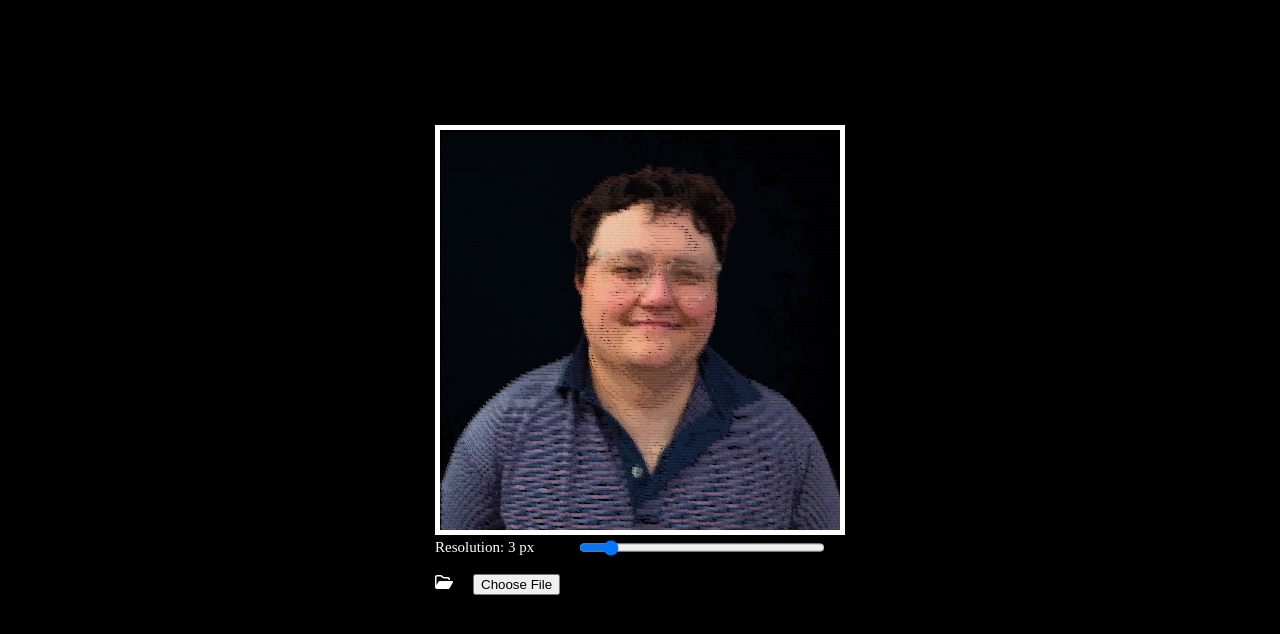
Repository: rosieomusic/ascii-art
Page: index.html
The author's editor kept a copy of each file at every save. The page is drawn from the files as they stood at one save, then again after the next save.
The browser window is 1280 px wide. The pictures show the whole page.
Some web fonts or font styles are not loaded; a fallback is used. Some web libraries are served in a nearby version.

Above is the page before, as saved 2025-05-06 16:01:11.

After the next save:
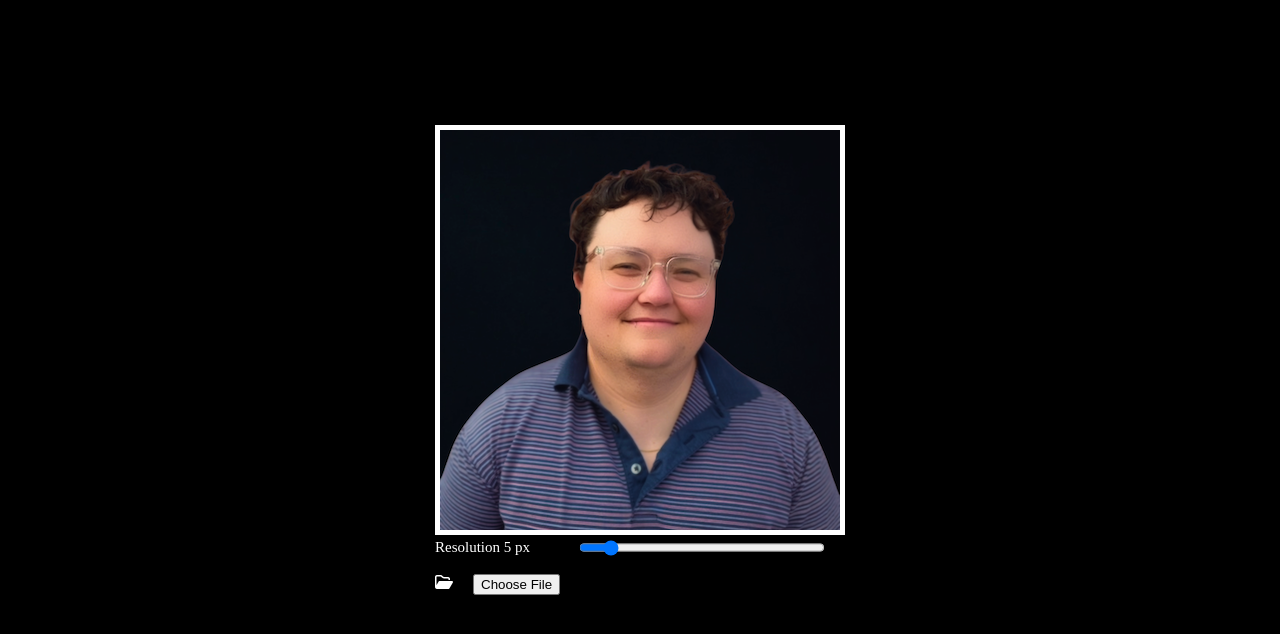
Console error (its wording comes from the project's code and is left out).
Saved 2 min 8 s later.
--- a/script.js
+++ b/script.js
@@ -137,7 +137,7 @@
 	const base64Image = canvas.toDataURL(image1);
 	//console.log('Base64 image:', base64Image);
 
-	effect = new AsciiEffect(ctx, image1.width, image1.height);
+	effect = new AsciiEffect(ctx, 0, 0, image1.width, image1.height);
 	//effect.draw(parseInt(inputSlider.value));
 	handleSlider();
 };

After the save that followed:
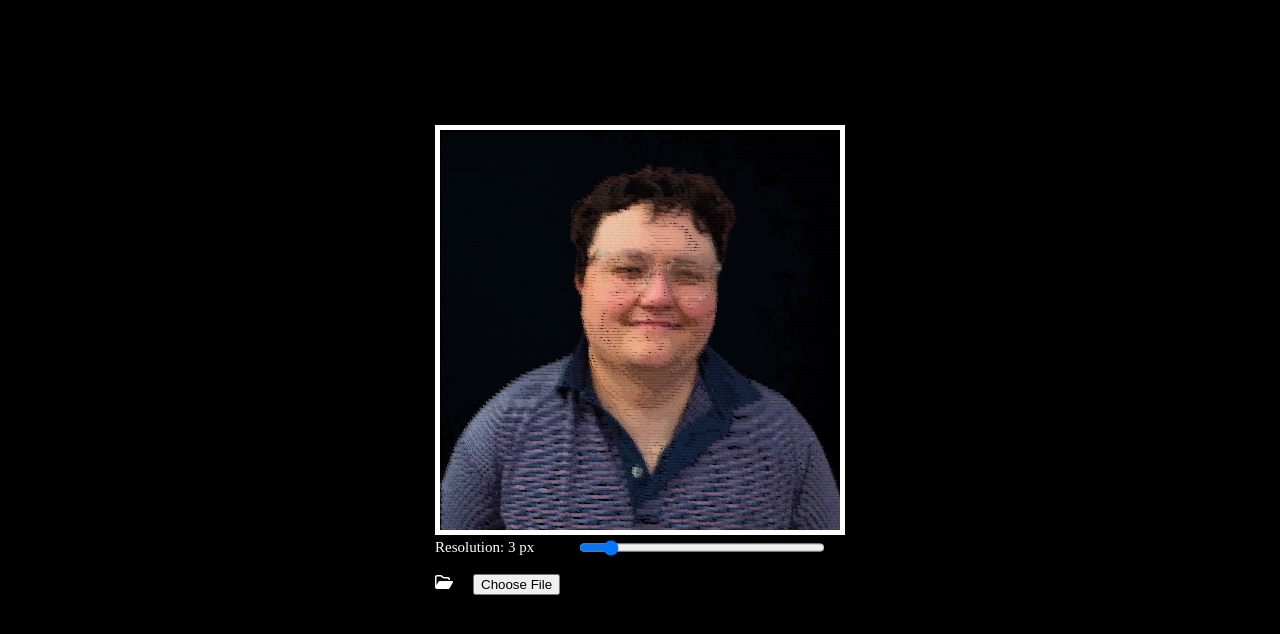
The error is gone.
Saved 17 s later.
--- a/script.js
+++ b/script.js
@@ -122,7 +122,7 @@
 image1.onload = function initialize() {
 	//console.log('Image loaded: ', image1.src);
 	//console.log('Image dimiensions: ', image1.width, image1.height);
-	const maxDimension = 600;
+	const maxDimension = 800;
 
 	let scale = Math.min(
 		maxDimension / image1.width,
@@ -137,7 +137,7 @@
 	const base64Image = canvas.toDataURL(image1);
 	//console.log('Base64 image:', base64Image);
 
-	effect = new AsciiEffect(ctx, 0, 0, image1.width, image1.height);
+	effect = new AsciiEffect(ctx, image1.width, image1.height);
 	//effect.draw(parseInt(inputSlider.value));
 	handleSlider();
 };
